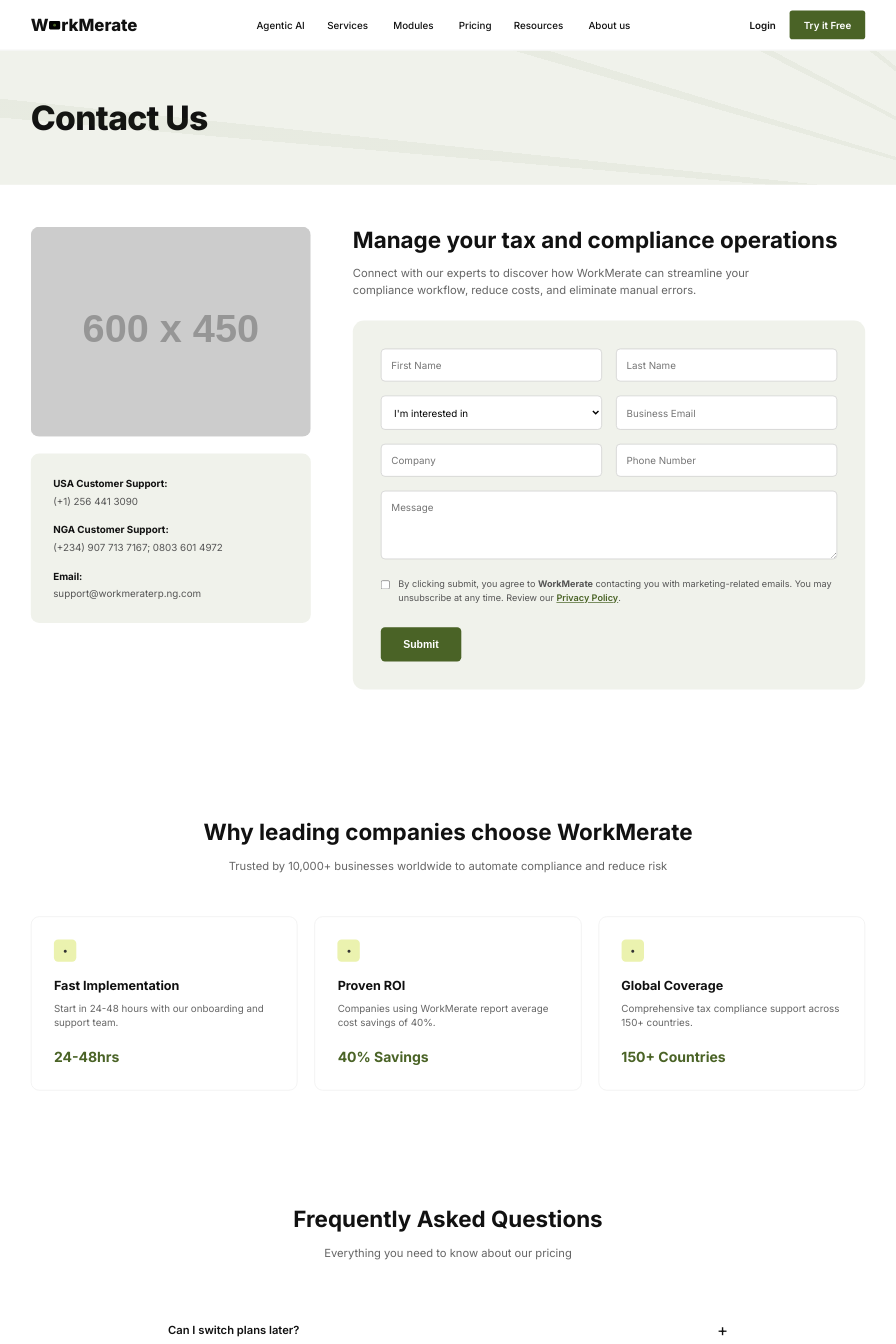
Repository: AYANO-EMMANUEL/workmerate
Page: contact-us.html
These files come from the project's save history. The page is drawn as it stood at one moment and after a run of saves; the edit follows.
The browser window is 1280 px wide. The pictures show the part of the page from y = 0 to 1920 px (the page is 2923 px tall), at 70% of full size.

Above is the page before, as saved 2026-02-02 15:21:45.

### contact-us.html
<!DOCTYPE html>
<html lang="en">
<head>
    <meta charset="UTF-8">
    <meta name="viewport" content="width=device-width, initial-scale=1.0">
    <title>Contact Us - WorkMerate</title>
    <link rel="stylesheet" href="contact-us.css">
    <link rel="preconnect" href="https://fonts.googleapis.com">
    <link rel="preconnect" href="https://fonts.gstatic.com" crossorigin>
    <link href="https://fonts.googleapis.com/css2?family=Inter:wght@400;500;600;700;800&display=swap" rel="stylesheet">
</head>
<body>

    <nav class="navbar">
        <div class="container nav-wrapper">
            <a href="#" class="logo">W<span class="bag-icon"></span>rkMerate</a>
            <ul class="nav-menu">
                <li><a href="#" class="nav-link">Agentic AI</a></li>
                <li><a href="#" class="nav-link">Services <svg class="chevron" viewBox="0 0 24 24" fill="none" stroke="currentColor" stroke-width="2"><polyline points="6 9 12 15 18 9"></polyline></svg></a></li>
                <li><a href="#" class="nav-link">Modules <svg class="chevron" viewBox="0 0 24 24" fill="none" stroke="currentColor" stroke-width="2"><polyline points="6 9 12 15 18 9"></polyline></svg></a></li>
                <li><a href="#" class="nav-link">Pricing</a></li>
                <li><a href="#" class="nav-link">Resources <svg class="chevron" viewBox="0 0 24 24" fill="none" stroke="currentColor" stroke-width="2"><polyline points="6 9 12 15 18 9"></polyline></svg></a></li>
                <li><a href="#" class="nav-link">About us</a></li>
            </ul>
            <div class="nav-actions">
                <a href="#" class="login-link">Login</a>
                <a href="#" class="btn-nav">Try it Free</a>
            </div>
            <div class="hamburger" id="hamburger"><span></span><span></span><span></span></div>
        </div>
        <div class="mobile-menu" id="mobileMenu">
             <a href="#">Services</a><a href="#">Modules</a><a href="#">Contact</a>
        </div>
    </nav>

    <section class="contact-hero">
        <div class="hero-bg-lines"></div>
        <div class="container">
            <h1>Contact Us</h1>
        </div>
    </section>

    <section class="contact-main">
        <div class="container">
            <div class="contact-layout">

                <div class="contact-visuals">
                    <img src="https://placehold.co/600x450/eeeeee/999999?text=Laptop+Workspace" alt="Workspace" class="contact-img">

                    <div class="contact-info-card">
                        <div class="info-group">
                            <strong>USA Customer Support:</strong>
                            <p>(+1) 256 441 3090</p>
                        </div>
                        <div class="info-group">
                            <strong>NGA Customer Support:</strong>
                            <p>(+234) 907 713 7167; 0803 601 4972</p>
                        </div>
                        <div class="info-group">
                            <strong>Email:</strong>
                            <p><a href="mailto:support@workmeraterp.ng.com">support@workmeraterp.ng.com</a></p>
                        </div>
                    </div>
                </div>

                <div class="contact-form-wrapper">
                    <h2>Manage your tax and compliance operations</h2>
                    <p class="form-subtext">Connect with our experts to discover how WorkMerate can streamline your compliance workflow, reduce costs, and eliminate manual errors.</p>

                    <form class="contact-form">
                        <div class="form-row">
                            <input type="text" placeholder="First Name" required>
                            <input type="text" placeholder="Last Name" required>
                        </div>
                        <div class="form-row">
                            <select>
                                <option disabled selected>I'm interested in</option>
                                <option>Tax Automation</option>
                                <option>Compliance</option>
                                <option>Advisory</option>
                            </select>
                            <input type="email" placeholder="Business Email" required>
                        </div>
                        <div class="form-row">
                            <input type="text" placeholder="Company">
                            <input type="tel" placeholder="Phone Number">
                        </div>
                        <textarea placeholder="Message" rows="4"></textarea>

                        <div class="form-checkbox">
                            <input type="checkbox" id="consent">
                            <label for="consent">
                                By clicking submit, you agree to <strong>WorkMerate</strong> contacting you with marketing-related emails. You may unsubscribe at any time. Review our <a href="#">Privacy Policy</a>.
                            </label>
                        </div>

                        <button type="submit" class="btn-submit">Submit</button>
                    </form>
                </div>

            </div>
        </div>
    </section>

    <section class="section-padding bg-white">
        <div class="container">
            <div class="section-header">
                <h2>Why leading companies choose WorkMerate</h2>
                <p>Trusted by 10,000+ businesses worldwide to automate compliance and reduce risk</p>
            </div>

            <div class="grid-3">
                <div class="feature-card-clean">
                    <div class="dot-icon">●</div>
                    <h3>Fast Implementation</h3>
                    <p>Start in 24-48 hours with our onboarding and support team.</p>
                    <div class="stat-highlight">24-48hrs</div>
                </div>
                <div class="feature-card-clean">
                    <div class="dot-icon">●</div>
                    <h3>Proven ROI</h3>
                    <p>Companies using WorkMerate report average cost savings of 40%.</p>
                    <div class="stat-highlight">40% Savings</div>
                </div>
                <div class="feature-card-clean">
                    <div class="dot-icon">●</div>
                    <h3>Global Coverage</h3>
                    <p>Comprehensive tax compliance support across 150+ countries.</p>
                    <div class="stat-highlight">150+ Countries</div>
                </div>
            </div>
        </div>
    </section>

    <section class="faq-section bg-white">
        <div class="container">
            <div class="section-header">
                <h2>Frequently Asked Questions</h2>
                <p>Everything you need to know about our pricing</p>
            </div>
            <div class="faq-list">
                <div class="faq-item"><span>Can I switch plans later?</span><span class="plus">+</span></div>
                <div class="faq-item"><span>What payment methods do you accept?</span><span class="plus">+</span></div>
                <div class="faq-item"><span>Is there a free trial?</span><span class="plus">+</span></div>
                <div class="faq-item"><span>What happens to my data if I cancel?</span><span class="plus">+</span></div>
                <div class="faq-item"><span>Do you offer discounts for non-profits?</span><span class="plus">+</span></div>
                <div class="faq-item"><span>Can I pay annually to save money?</span><span class="plus">+</span></div>
            </div>
        </div>
    </section>

    <footer class="footer-section">
        <div class="container">
            <div class="footer-top">
                <div class="footer-brand">
                    <a href="#" class="logo">W<span class="bag-icon"></span>rkMerate</a>
                    <p class="tagline">Smart. Secure. Simplified.</p>
                    <div class="contact-details">
                        <p><strong>USA Customer Support:</strong><br>(+1) 256 441 3090</p>
                        <p><strong>NGA Customer Support:</strong><br>(+234) 907 713 7167</p>
                        <p><strong>Email:</strong><br>support@workmerate.ng.com</p>
                    </div>
                    <div class="social-icons">
                         <span>f</span><span>x</span><span>in</span><span>ig</span><span>tk</span>
                    </div>
                </div>
                <div class="footer-links-grid">
                    <div><h4>Services</h4><ul><li><a href="#">Tax Automation</a></li><li><a href="#">ERP Integration</a></li></ul></div>
                    <div><h4>Modules</h4><ul><li><a href="#">Human Resources</a></li><li><a href="#">Financial Management</a></li></ul></div>
                    <div><h4>Resources</h4><ul><li><a href="#">Compliance Loss</a></li><li><a href="#">State IRS</a></li></ul></div>
                    <div><h4>Other Links</h4><ul><li><a href="#">About Us</a></li><li><a href="#">Pricing</a></li></ul></div>
                </div>
            </div>
            <hr>
            <div class="footer-newsletter">
                <div class="nl-text"><h3>Subscribe to our newsletter</h3><p>Stay informed with the latest news.</p></div>
                <div class="nl-form"><input type="email" placeholder="Enter your email"><button class="btn-dark">Subscribe</button></div>
            </div>
            <hr>
            <div class="footer-bottom">
                <p>&copy; 2025 WorkMerate - All rights reserved</p>
                <div class="badges"><span style="color:#4F6F2F; font-weight:bold;">NiTDA</span></div>
            </div>
        </div>
    </footer>

    <script>
        document.getElementById('hamburger').addEventListener('click', function() {
            document.getElementById('mobileMenu').classList.toggle('open');
        });

        // Simple FAQ Toggle
        document.querySelectorAll('.faq-item').forEach(item => {
            item.addEventListener('click', () => {
                item.classList.toggle('active');
            });
        });
    </script>
</body>
</html>

### contact-us.css
/* --- Reset & Variables --- */
:root {
  --font-family: "Inter", sans-serif;
  --color-text-main: #111;
  --color-text-light: #555;
  --color-dark-green: #4a6326;
  --color-cream-bg: #f0f2eb;
  --color-input-bg: #fff;
  --color-input-border: #e5e5e5;
}

* {
  margin: 0;
  padding: 0;
  box-sizing: border-box;
}
body {
  font-family: var(--font-family);
  color: var(--color-text-main);
  background: #fff;
  line-height: 1.5;
  overflow-x: hidden;
}
a {
  text-decoration: none;
  color: inherit;
}
ul {
  list-style: none;
}
img {
  max-width: 100%;
  display: block;
}

/* Utilities */
.container {
  max-width: 1240px;
  margin: 0 auto;
  padding: 0 24px;
}
.section-padding {
  padding: 80px 0;
}
.bg-white {
  background-color: #fff;
}
.bg-cream {
  background-color: var(--color-cream-bg);
}

/* --- Navigation --- */
.navbar {
  height: 72px;
  display: flex;
  align-items: center;
  border-bottom: 1px solid #eee;
  background: #fff;
  position: relative;
  z-index: 100;
}
.nav-wrapper {
  width: 100%;
  display: flex;
  justify-content: space-between;
  align-items: center;
}
.logo {
  font-size: 24px;
  font-weight: 800;
  display: flex;
  align-items: center;
}
.bag-icon {
  width: 16px;
  height: 12px;
  background: #000;
  border-radius: 2px;
  display: inline-block;
  position: relative;
  margin: 0 1px;
}
.bag-icon::after {
  content: "";
  position: absolute;
  top: 4px;
  left: 6px;
  width: 4px;
  height: 4px;
  background: var(--color-dark-green);
  border-radius: 50%;
}
.nav-menu {
  display: flex;
  gap: 32px;
}
.nav-link {
  font-size: 14px;
  font-weight: 500;
  display: flex;
  align-items: center;
  gap: 4px;
}
.nav-actions {
  display: flex;
  gap: 20px;
  align-items: center;
}
.login-link {
  font-weight: 600;
  font-size: 14px;
}
.btn-nav {
  background: var(--color-dark-green);
  color: #fff;
  padding: 10px 20px;
  border-radius: 4px;
  font-weight: 600;
  font-size: 14px;
}
.hamburger {
  display: none;
  flex-direction: column;
  gap: 5px;
  cursor: pointer;
}
.hamburger span {
  width: 24px;
  height: 3px;
  background: #000;
}
.mobile-menu {
  display: none;
  position: absolute;
  top: 72px;
  left: 0;
  width: 100%;
  background: #fff;
  padding: 20px;
  border-bottom: 1px solid #eee;
}
.mobile-menu.open {
  display: flex;
  flex-direction: column;
  gap: 10px;
}

/* --- 1. Contact Hero --- */
.contact-hero {
  background-color: var(--color-cream-bg);
  padding: 60px 0;
  position: relative;
  overflow: hidden;
}
/* Subtle lines pattern */
.hero-bg-lines {
  position: absolute;
  inset: 0;
  background: repeating-conic-gradient(
    from 45deg at 120% 120%,
    transparent 0deg 10deg,
    rgba(75, 101, 39, 0.05) 10deg 11deg
  );
  pointer-events: none;
}
.contact-hero h1 {
  font-size: 48px;
  font-weight: 800;
  color: #111;
  letter-spacing: -1px;
  margin: 0;
}

/* --- 2. Main Contact Section --- */
.contact-main {
  padding: 60px 0 100px;
  background: #fff;
}
.contact-layout {
  display: grid;
  grid-template-columns: 400px 1fr;
  gap: 60px;
  align-items: start;
}

/* Left Side: Visuals */
.contact-visuals {
  display: flex;
  flex-direction: column;
  gap: 24px;
}
.contact-img {
  border-radius: 12px;
  height: 75%;
  object-fit: cover;
  width: 100%;
}
.contact-info-card {
  background-color: var(--color-cream-bg);
  padding: 32px;
  border-radius: 12px;
}
.info-group {
  margin-bottom: 20px;
  font-size: 14px;
}
.info-group:last-child {
  margin-bottom: 0;
}
.info-group strong {
  display: block;
  color: #111;
  margin-bottom: 4px;
  font-weight: 700;
}
.info-group p,
.info-group a {
  color: #555;
  font-weight: 400;
  text-decoration: none;
}

/* Right Side: Form */
.contact-form-wrapper h2 {
  font-size: 32px;
  font-weight: 700;
  line-height: 1.2;
  margin-bottom: 16px;
}
.form-subtext {
  color: #666;
  margin-bottom: 32px;
  max-width: 600px;
}

.contact-form {
  background-color: var(--color-cream-bg);
  padding: 40px;
  border-radius: 16px;
}
.form-row {
  display: grid;
  grid-template-columns: 1fr 1fr;
  gap: 20px;
  margin-bottom: 20px;
}
input,
select,
textarea {
  width: 100%;
  padding: 14px;
  border-radius: 6px;
  border: 1px solid #ccc;
  font-family: inherit;
  font-size: 14px;
  outline: none;
  background: #fff;
}
textarea {
  resize: vertical;
  margin-bottom: 20px;
}

.form-checkbox {
  display: flex;
  gap: 12px;
  align-items: start;
  margin-bottom: 32px;
  font-size: 13px;
  color: #555;
}
.form-checkbox input {
  width: auto;
  margin-top: 4px;
}
.form-checkbox a {
  color: var(--color-dark-green);
  font-weight: 600;
  text-decoration: underline;
}

.btn-submit {
  background-color: var(--color-dark-green);
  color: #fff;
  border: none;
  padding: 16px 32px;
  border-radius: 6px;
  font-weight: 600;
  font-size: 15px;
  cursor: pointer;
  transition: 0.2s;
}
.btn-submit:hover {
  background-color: #3d5220;
}

/* --- 3. Features Grid --- */
.section-header {
  text-align: center;
  max-width: 700px;
  margin: 0 auto 60px;
}
.section-header h2 {
  font-size: 32px;
  font-weight: 700;
  margin-bottom: 12px;
}
.section-header p {
  color: #666;
}

.grid-3 {
  display: grid;
  grid-template-columns: repeat(3, 1fr);
  gap: 24px;
}
.feature-card-clean {
  border: 1px solid #eee;
  border-radius: 12px;
  padding: 32px;
  background: #fff;
}
.dot-icon {
  background: #ebf2af;
  width: 32px;
  height: 32px;
  display: flex;
  align-items: center;
  justify-content: center;
  border-radius: 6px;
  font-size: 10px;
  color: #333;
  margin-bottom: 20px;
}
.feature-card-clean h3 {
  font-size: 18px;
  font-weight: 700;
  margin-bottom: 8px;
}
.feature-card-clean p {
  font-size: 14px;
  color: #666;
  margin-bottom: 24px;
  line-height: 1.5;
}
.stat-highlight {
  font-size: 20px;
  font-weight: 700;
  color: var(--color-dark-green);
}

/* --- 4. FAQ --- */
.faq-section {
  padding: 80px 0;
  background: #fff;
}
.faq-list {
  max-width: 800px;
  margin: 0 auto;
}
.faq-item {
  display: flex;
  justify-content: space-between;
  align-items: center;
  padding: 20px 0;
  border-bottom: 1px solid #ddd;
  font-weight: 600;
  cursor: pointer;
  color: #111;
}
.plus {
  font-size: 24px;
  font-weight: 300;
}

/* --- Footer --- */
.footer-section {
  background: var(--color-cream-bg);
  padding: 80px 0 30px;
  font-size: 14px;
  color: #333;
}
.footer-top {
  display: flex;
  justify-content: space-between;
  flex-wrap: wrap;
  gap: 40px;
  margin-bottom: 40px;
}
.footer-links-grid {
  display: flex;
  gap: 60px;
}
.footer-links-grid h4 {
  font-weight: 700;
  margin-bottom: 12px;
}
.footer-links-grid a {
  color: #555;
  display: block;
  margin-bottom: 8px;
}
.contact-details p {
  font-size: 13px;
  margin-bottom: 8px;
  color: #555;
}
.footer-newsletter {
  display: flex;
  justify-content: space-between;
  align-items: center;
  padding: 30px 0;
  border-top: 1px solid #ccc;
  border-bottom: 1px solid #ccc;
  margin-bottom: 20px;
}
.nl-form input {
  padding: 10px;
  border: 1px solid #ccc;
  border-radius: 4px;
  width: 250px;
  margin-right: 10px;
}
.btn-dark {
  background: var(--color-dark-green);
  color: #fff;
  padding: 10px 20px;
  border-radius: 4px;
  border: none;
  font-weight: 600;
}
.footer-bottom {
  display: flex;
  justify-content: space-between;
  align-items: center;
  font-size: 12px;
  color: #777;
}

/* --- Responsive --- */
@media (max-width: 992px) {
  .nav-menu,
  .nav-actions {
    display: none;
  }
  .hamburger {
    display: flex;
  }

  .contact-layout {
    grid-template-columns: 1fr;
  } /* Stack visuals and form */
  .contact-visuals {
    flex-direction: row;
  } /* Put info next to image on tablet? */
  .contact-img {
    width: 50%;
    height: auto;
  }
  .contact-info-card {
    width: 50%;
  }

  .grid-3 {
    grid-template-columns: repeat(2, 1fr);
  }
  .footer-links-grid {
    flex-wrap: wrap;
    gap: 30px;
  }
}

@media (max-width: 600px) {
  .contact-visuals {
    flex-direction: column;
  }
  .contact-img,
  .contact-info-card {
    width: 100%;
  }
  .contact-form {
    padding: 24px;
  }
  .form-row {
    grid-template-columns: 1fr;
    gap: 16px;
  }

  .grid-3 {
    grid-template-columns: 1fr;
  }
  .footer-newsletter {
    flex-direction: column;
    align-items: flex-start;
    gap: 15px;
  }
  .nl-form {
    width: 100%;
  }
  .nl-form input {
    width: 100%;
    margin-bottom: 10px;
  }
}

After the next 3 saves:
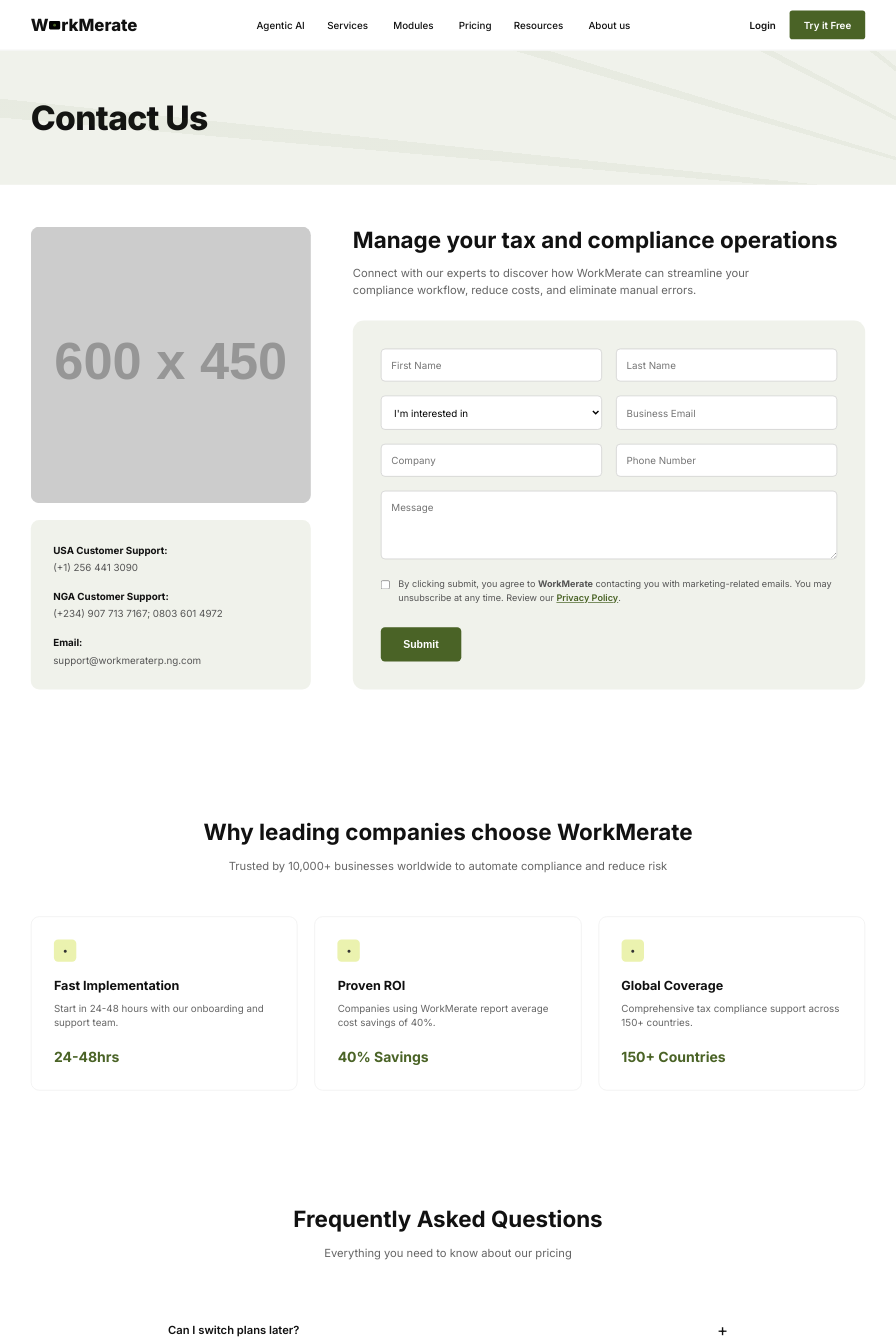
The 3 saves are shown as one change because they came seconds apart.
The last was saved 59 s later.
--- a/contact-us.css
+++ b/contact-us.css
@@ -180,7 +180,7 @@
   display: grid;
   grid-template-columns: 400px 1fr;
   gap: 60px;
-  align-items: start;
+  align-items: stretch;
 }
 
 /* Left Side: Visuals */
